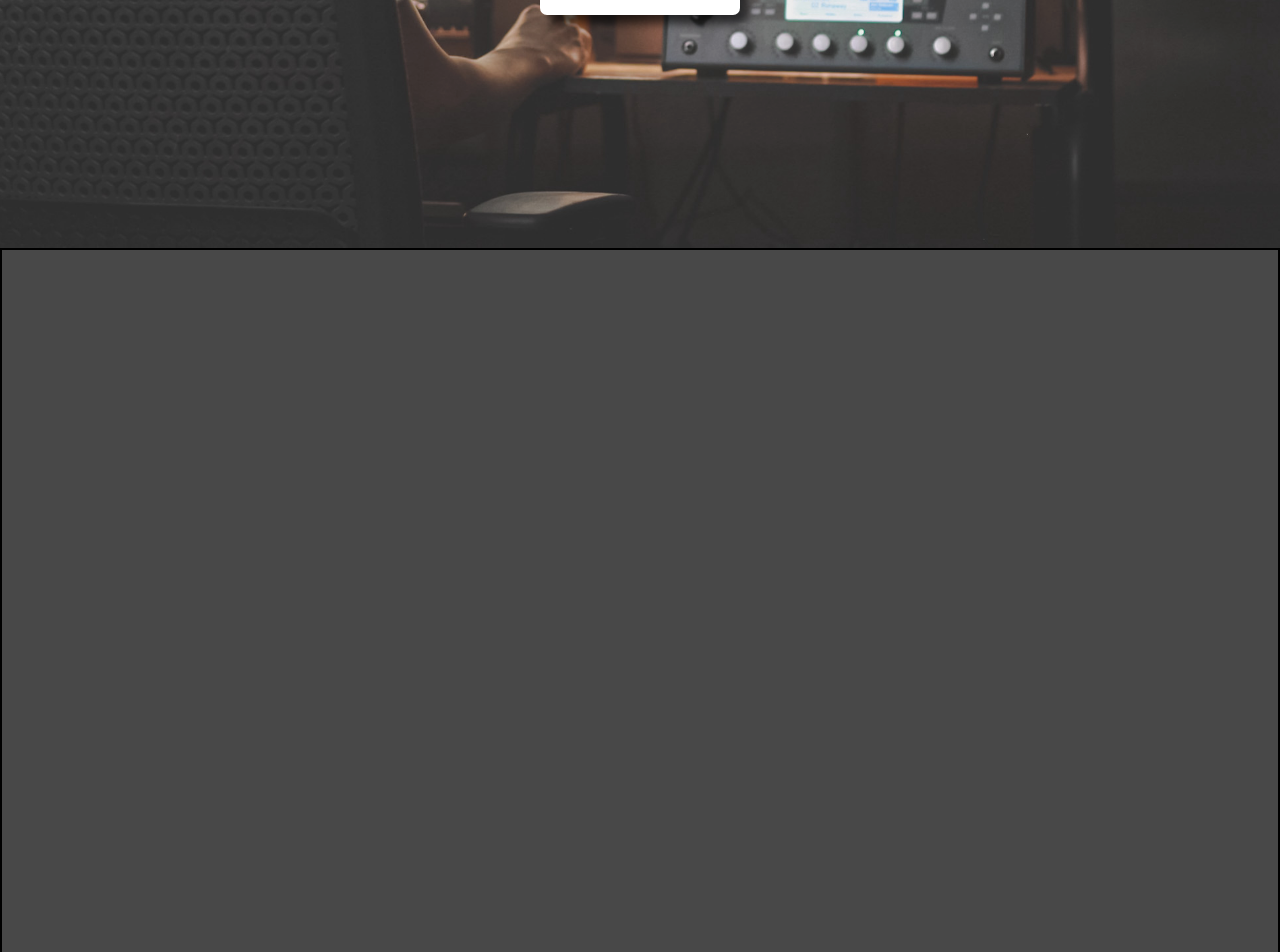
Repository: Aworminator/mixing-portfolio
Page: index.html
The author's editor kept a copy of each file at every save. The page is drawn from the files as they stood at one save, then again after the next save.
The browser window is 1280 px wide. The pictures show the part of the page from y = 652 to 1604 px (the page is 3856 px tall).
Some web fonts or font styles are not loaded; a fallback is used.

Above is the page before, as saved 2025-08-22 16:22:00.

### index.html
<!DOCTYPE html>
<html lang="en">
  <head>
    <meta charset="UTF-8" />
    <meta name="viewport" content="width=device-width, initial-scale=1.0" />
    <title>Document</title>
    <link rel="preconnect" href="https://fonts.googleapis.com" />
    <link rel="preconnect" href="https://fonts.gstatic.com" crossorigin />
    <link
      href="https://fonts.googleapis.com/css2?family=Gothic+A1:wght@100;200;300;400;500;600;700;800;900&family=Rock+Salt&family=Nunito:ital,wght@0,200..1000;1,200..1000&family=Montserrat:ital,wght@0,100..900;1,100..900&family=Caveat:wght@400..700&display=swap"
      rel="stylesheet"
    />
    <link
      href="https://fonts.googleapis.com/css2?family=Roboto:ital,wght@0,100..900;1,100..900&display=swap"
      rel="stylesheet"
    />
    <link rel="stylesheet" href="styles.css" />
    <link
      rel="stylesheet"
      href="https://cdnjs.cloudflare.com/ajax/libs/font-awesome/6.0.0/css/all.min.css"
      integrity="sha512-9usAa10IRO0HhonpyAIVpjrylPvoDwiPUiKdWk5t3PyolY1cOd4DSE0Ga+ri4AuTroPR5aQvXU9xC6qOPnzFeg=="
      crossorigin="anonymous"
      referrerpolicy="no-referrer"
    />
  </head>
  <body>
    <section class="home-page">
      <img
        src="./images/backShot.JPG"
        class="main-pic"
        alt="alecgarnica.com photo"
      />
      <div class="header">
        <h1 class="gothic-a1-regular">ALEC GARNICA</h1>
        <h2 class="gothic-a1-regular">MIXER/PRODUCER/ENGINEER</h2>
      </div>
      <h2 class="work-button">MY WORK</h2>
    </section>
    <section class="about-me"></section>
    <section class="audio-examples">
      <div class="group">
        <div id="input"></div>
      </div>
    </section>

    <script src="script.js"></script>
  </body>
</html>

### styles.css
body,
html {
  margin: 0;
  padding: 0;
}

.rock-salt-regular {
  font-family: "Rock Salt", cursive;
  font-weight: 400;
  font-style: normal;
}

.gothic-a1-regular {
  font-family: "Gothic A1", sans-serif;
  font-weight: 500;
  font-style: normal;
}

p {
  font-family: "Nunito", sans-serif;
  font-optical-sizing: auto;
  font-weight: 900;
  font-style: normal;
}

h1,
h2,
h3 {
  font-family: "Montserrat", sans-serif;
  font-optical-sizing: auto;
  font-weight: <weight>;
  font-style: normal;
}

h3 {
  opacity: 80%;
}

.main-pic {
  width: 100%;
  margin: 0 auto;
  object-fit: cover;
  height: 900px;
  z-index: -1;
  opacity: 90%;
}

.home-page {
  height: 900px;
}

.about-me {
  height: 900px;
  background-color: rgba(0, 0, 0, 0.719);
  border: 2px solid black;
  margin: 0 auto;

}

.header {
  position: relative;
  bottom: 700px;
  z-index: 1;
  font-size: 3.5em;
  text-align: center;
  background-color: rgba(255, 255, 255, 0.467);
  box-shadow: -8px 14px 20px 4px rgb(0 0 0 / 69%);
}

.work-button {
  position: relative;
  bottom: 700px;
  display: flex;
  justify-content: center;
  align-items: center;
  text-align: center;
  font-size: 2em;
  background-color: rgb(255, 255, 255);
  width: 200px;
  height: 60px;
  border-radius: 7px;
  margin: 0 auto;
  box-shadow: 8px 9px 10px rgb(0 0 0 / 65%);
  font-family: "Roboto", sans-serif;
  font-optical-sizing: auto;
  font-weight: <weight>;
  font-style: normal;
  font-variation-settings: "wdth" 100;
}

.work-button:hover {
  transform: scale(1.1);
}

.work-button:active {
  transform: scale(0.9);
}

.card {
  height: 500px;
  width: 300px;
  border: 2px solid black;
  background-color: rgb(255, 255, 255);
  background: url("https://www.patternpictures.com/wp-content/uploads/Crumpled-white-paper-texture-background.jpg");
  background-color: rgba(255, 255, 255, 0.775);
  background-blend-mode: lighten;
  box-shadow: 5px 10px 20px 0 rgba(0, 0, 0, 0.535);
  border-radius: 10px;
  margin: 90px;
  display: flex;
  flex-direction: column;
  justify-content: flex-start;
  align-items: center;
  flex-wrap: wrap;
  z-index: 1;
}

h1 {
  text-align: center;
}

h4 {
  font-family: "Caveat";
  font-optical-sizing: auto;
  font-weight: <weight>;
  font-style: normal;
  text-shadow: 2px 5px 6px rgba(0, 0, 0, 0.18);
}

#input {
  display: flex;
  justify-content: center;
  flex-direction: column;
  flex-wrap: wrap;
}

.audio-examples {
  display: flex;
  flex-direction: column;
  justify-content: flex-start;
}

.album-artwork {
  height: 300px;
  width: 300px;
  border-radius: 10px 10px 0 0;
  position: relative;
}

.card-info {
  display: flex;
  flex-direction: row;
  justify-content: space-around;
  width: 200px;
  margin-top: 10px;
  margin-bottom: 0;
  position: relative;
}

.band-info {
  border-radius: 10px;
  padding: 5px 10px;
  height: 100px;
  width: 200px;
  display: flex;
  flex-direction: column;
  align-items: flex-start;
  font-size: 0.9em;
  text-align: left;
}

.album-title {
  position: relative;
  bottom: 15px;
}

.link {
  text-decoration: none;
  color: black;
}

.link:hover {
  text-decoration: underline;
  transform: scale(1.05);
}

@keyframes move-words {
  0% {
    left: 100%;
  }
  100% {
    left: -100%;
  }
}

.fa-pause,
.fa-play {
  font-size: 2em;
  position: relative;
  right: 12px;
}

.fa-play:active {
  font-size: 2em;
  position: relative;
  transform: scale(0.8);
}

.player {
  display: flex;
  flex-direction: row;
  align-items: center;
  justify-content: center;
  padding: 10px 0 0 0;
  margin-bottom: 25px;
}

.progress-bar {
  background-color: white;
  border-radius: 40px;
  color: black;
  width: 150px;
  height: 12px;
  border: 1px solid rgb(221, 144, 99);
}

.progress {
  background-color: rgb(244, 164, 117);
  border-radius: 40px;
  height: 100%;
  width: 0%;
}

@media screen and (min-width: 768px) {
  #input {
    display: flex;
    flex-direction: row;
    justify-content: space-around;
  }

  body {
    /* width: 100%;
    transform: scale(0.9); */
  }
}

### script.js
let songs = [
  {
    albumArt:
      "https://facedownrecords.com/wp-content/uploads/2023/09/FCD195-3000.jpg",
    artist: "American Arson",
    song: "The Heat |: Run",
    name: "Run - American Arson.wav",
    artistLink:
      "https://open.spotify.com/artist/7cl9j0U54gBxbcGO7zXXs2?si=Y8YFn_WdRy2WaXkD7kTK9A",
    songLink:
      "https://open.spotify.com/track/4LscxvJWC9iHOBJmns7oVh?si=cf5a5d8cefe242de",
  },
  {
    albumArt:
      "https://i.scdn.co/image/ab67616d0000b27369a57afe6b668fe34d4e9914",
    artist: "Philip Bowen",
    song: "Better Way",
    name: "Fireflies - Camino Kid.wav",
    artistLink:
      "https://open.spotify.com/artist/3Mm4P393IFVqIQDmL691G9?si=A1uk_0hjSPOLajqtXdFjjQ",
    songLink:
      "https://open.spotify.com/track/2iAruT7aaz0of7HgP6AXJ5?si=48f3d1c8590f4527",
  },
  {
    albumArt:
      "https://i.scdn.co/image/ab67616d00001e02c0d49229ee1521c01ba40c3e",
    artist: "Chery Blossom Club",
    song: "Astray",
    name: "All Is Well - Jared Withrow.wav",
    artistLink:
      "https://open.spotify.com/artist/7LDoytlH8MNe9zu2VIu5uB?si=W9AvoN22T46V6yPUWuvBdA",
    songLink:
      "https://open.spotify.com/track/77lonoP2aKYjy99jGNJf3r?si=8c8acfcdc6ff47a3",
  },
  {
    albumArt:
      "https://i.scdn.co/image/ab67616d00001e02066f1a88ce4c1492f016dc33",
    artist: "Jared Withrow",
    song: "All Is Well",
    name: "All Is Well - Jared Withrow.wav",
    artistLink:
      "https://open.spotify.com/artist/5HWM1z6NnHcvOnUeLcCAKn?si=47omOcpARfSCEVpzm1sS9w",
    songLink:
      "https://open.spotify.com/track/60aH38LMrZZam1xIewtDBR?si=670e49b3f44149bb",
  },
  {
    albumArt: "./images/albums/caminoKid.jpg",
    artist: "Camino Kid",
    song: "Fireflies(Cover)",
    name: "Fireflies - Camino Kid.wav",
    artistLink:
      "https://open.spotify.com/artist/5Dm6l5ypjnBRX4r3o2vzkZ?si=yQY43V2TQ06EWhuZaBigIg",
    songLink:
      "https://open.spotify.com/track/2ckxbqWp45dph2w9lZHEuz?si=ac1ee9025897455e",
  },
  {
    albumArt:
      "https://www.shazam.com/mkimage/image/thumb/Music122/v4/09/7e/41/097e41aa-4970-2849-a3a6-7e0279f900af/artwork.jpg/375x375bb.webp",
    artist: "The Scally Brothers",
    song: "Lion and the Lamb",
    name: "Fireflies - Camino Kid.wav",
    artistLink:
      "https://open.spotify.com/artist/1zxZJBr1JIL8X4zDvpkFos?si=ZAqeO_ZFRFWOyXo424s7Ng",
    songLink:
      "https://open.spotify.com/track/74FoVUSj3mCoDl6XZTojDW?si=b75b83345caf4865",
  },
];

let input = document.querySelector("#input");

function updateProgress(e, songName) {
  let { currentTime, duration } = e.srcElement;
  const progressPercentage = (currentTime / duration) * 100;
  document.getElementById(
    `progress-${songName}`
  ).style.width = `${progressPercentage}%`;

  const playBtn = document.getElementById(`playBtn-${songName}`);
  if (currentTime === duration) {
    playBtn.classList.add("fa-play");
    playBtn.classList.remove("fa-pause");
  } else {
    playBtn.classList.add("fa-pause");
    playBtn.classList.remove("fa-play");
  }
}

function setProgress(e, songName) {
  const width = e.currentTarget.clientWidth;
  const clickX = e.offsetX;
  const audio = document.getElementById(`audio-${songName}`);
  const duration = audio.duration;

  audio.currentTime = (clickX / width) * duration;
}

function playAudio(songName) {
  const audio = document.getElementById(`audio-${songName}`);
  audio.play();
}

function pauseAudio(songName) {
  const audio = document.getElementById(`audio-${songName}`);
  audio.pause();
}

songs.forEach((song) => {
  const card = document.createElement("div");
  card.classList.add("card");
  card.innerHTML = `
    <img class="album-artwork" src="${song.albumArt}" alt="">
    <div class="mp3">
      <div class="band-info">
        <a href="${song.songLink}" class="link"><h1 class="band-name">${song.song}</h1></a>
        <a href="${song.artistLink}" class="link"><h3 class="album-title">${song.artist}</h3></a>
      </div>
      <div class="player">
        <i class="fa-solid fa-play" id="playBtn-${song.name}" onclick="toggleAudio('${song.name}')"></i>
        <audio preload="metadata" id="audio-${song.name}" src="./audio/${song.name}"></audio>
        <div class="progress-bar" id="progress-bar-${song.name}">
          <div class="progress" id="progress-${song.name}"></div>
        </div>
      </div>
    </div>
  `;
  input.appendChild(card);

  const audio = document.getElementById(`audio-${song.name}`);
  const progressBar = document.getElementById(`progress-bar-${song.name}`);

  audio.addEventListener("timeupdate", (e) => updateProgress(e, song.name));
  progressBar.addEventListener("click", (e) => setProgress(e, song.name));
});

function toggleAudio(songName) {
  const audio = document.getElementById(`audio-${songName}`);
  const playBtn = document.getElementById(`playBtn-${songName}`);

  if (audio.paused || audio.ended) {
    playAudio(songName);
    playBtn.classList.remove("fa-play");
    playBtn.classList.add("fa-pause");
  } else {
    pauseAudio(songName);
    playBtn.classList.remove("fa-pause");
    playBtn.classList.add("fa-play");
  }

  audio.onpause = () => {
    playBtn.classList.remove("fa-pause");
    playBtn.classList.add("fa-play");
  };
  audio.onplay = () => {
    playBtn.classList.remove("fa-play");
    playBtn.classList.add("fa-pause");
  };
}

After the next save:
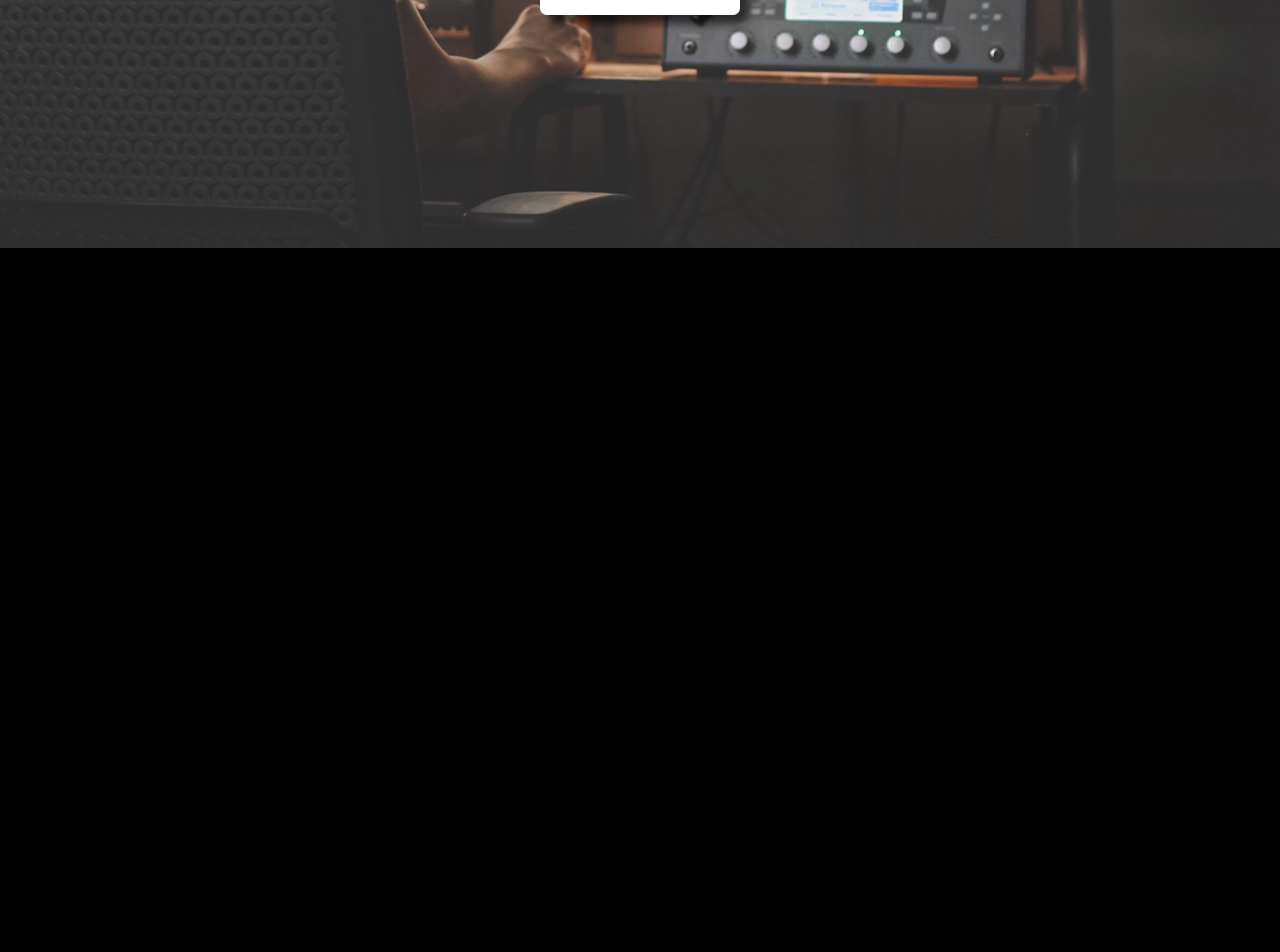
Saved 24 s later.
--- a/styles.css
+++ b/styles.css
@@ -51,7 +51,7 @@
 
 .about-me {
   height: 900px;
-  background-color: rgba(0, 0, 0, 0.719);
+  background-color: rgb(0, 0, 0);
   border: 2px solid black;
   margin: 0 auto;
 
